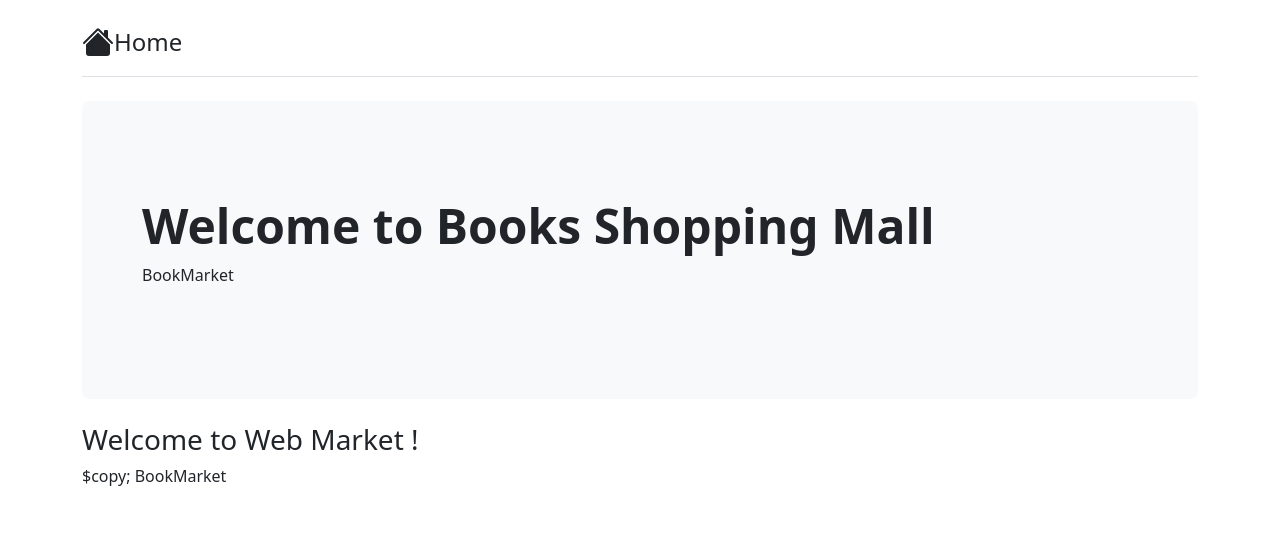
Repository: man332414/myJspStudy
Page: http://localhost/bookmarket/
An editor plug-in stored every save of this project. The page is shown before and after the next save, followed by the edit.
The browser window is 1280 px wide. The pictures show the whole page.
The page is served by Tomcat 10.

Above is the page before, as saved 2024-10-08 02:38:03.

After the next save:
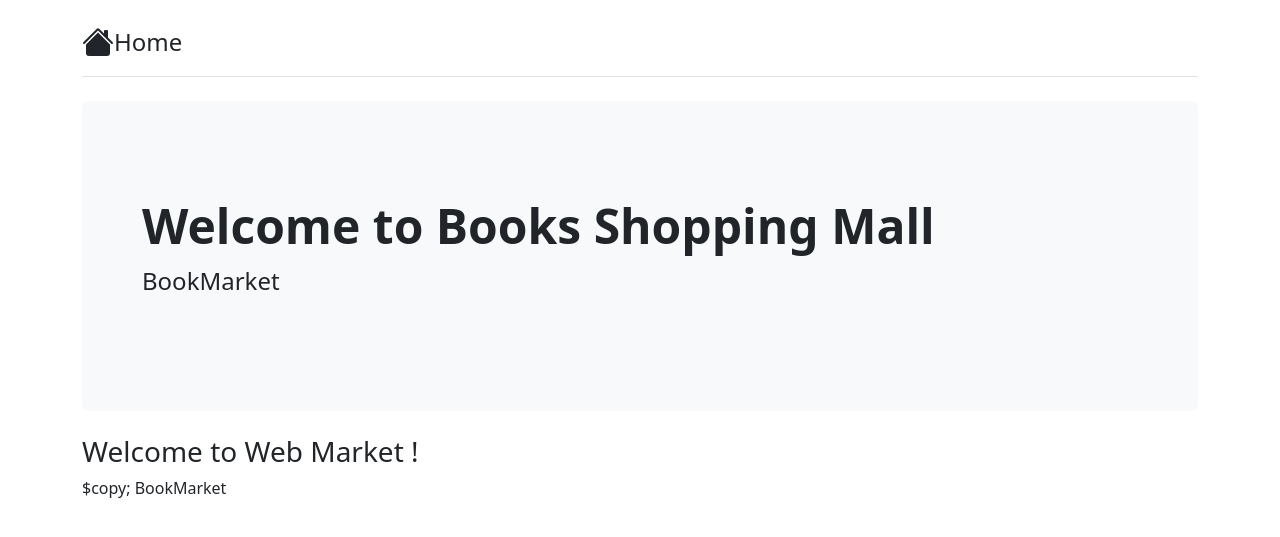
Saved 26 s later.
--- a/bookmarket/src/main/webapp/welcome.jsp
+++ b/bookmarket/src/main/webapp/welcome.jsp
@@ -25,7 +25,7 @@
 		<div class = "p-5 mb-4 bg-body-tertiary rounded-3">
 			<div class = "container-fluid py-5">
 				<h1 class = "display-5 fw-bold"><%=greeting %></h1>
-				<p>BookMarket</p>
+				<p class = "col-md-8 fs-4">BookMarket</p>
 			</div>
 		</div>
 
